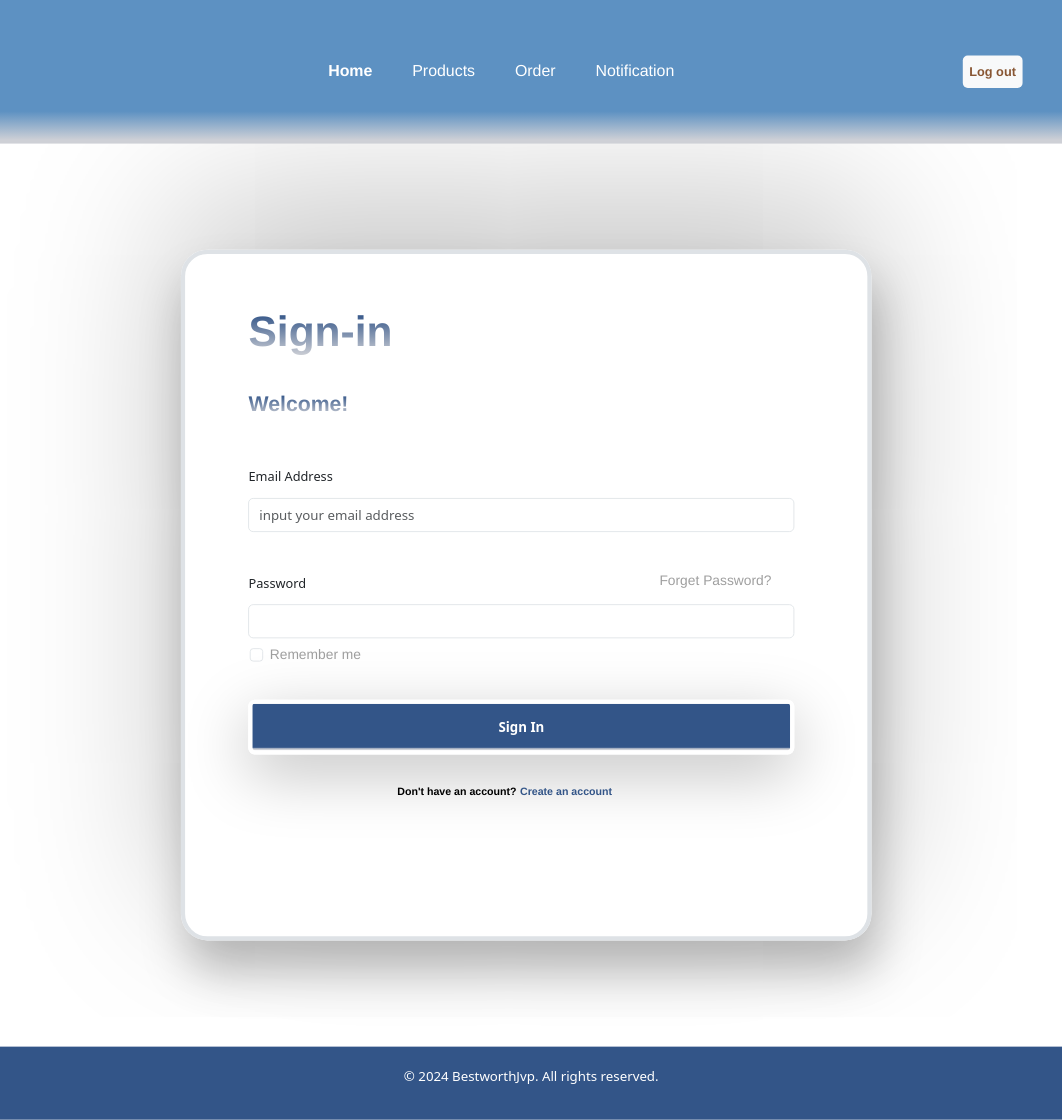
Repository: OVictor21/inventory
Page: /
An editor plug-in stored every save of this project. The page is shown before and after the next save, followed by the edit.
The browser window is 1280 px wide. The pictures show the whole page, at 83% of full size.
The project was rebuilt for these pictures with package versions that can differ from the ones it lists, and the page was loaded fresh each time.

Above is the page before, as saved 2024-12-14 10:38:54.

After the next save:
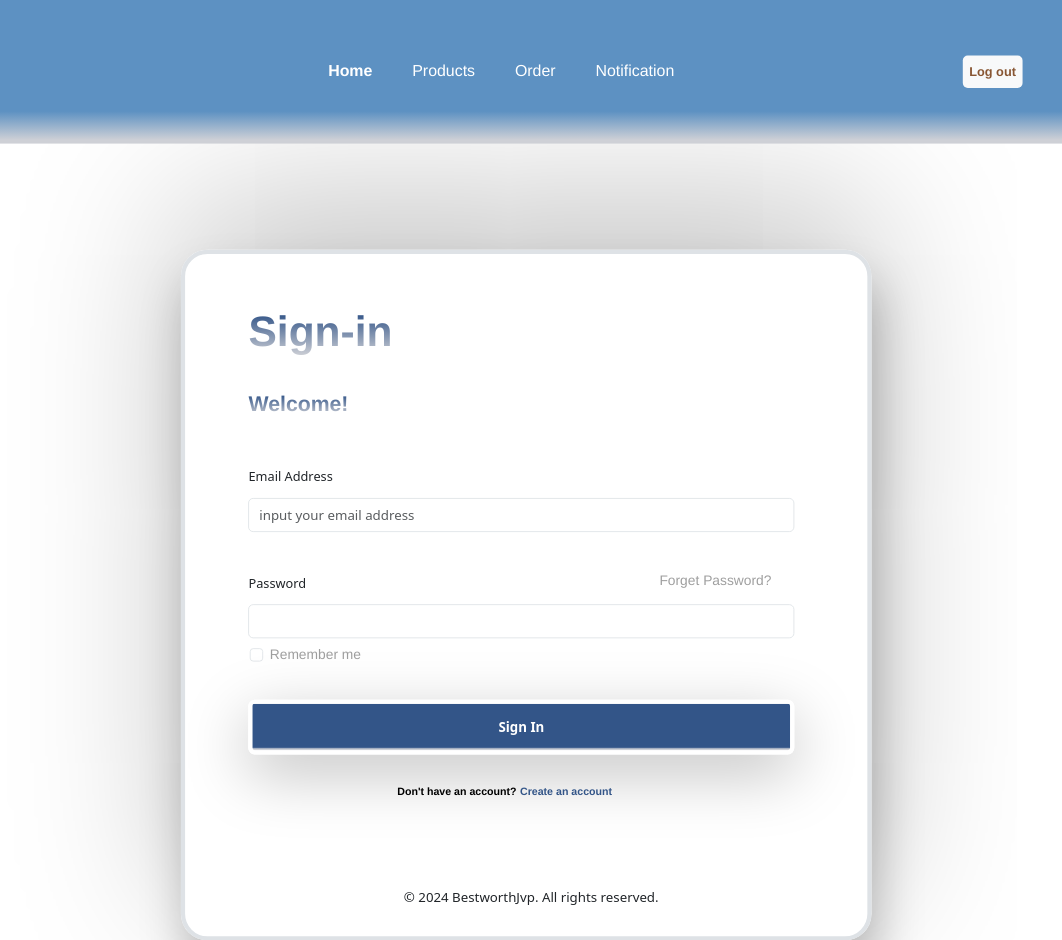
Saved 63 s later.
--- a/src/body.js
+++ b/src/body.js
@@ -32,7 +32,7 @@
 
     </form>
 
-    <footer className="footer-body text-white py-4 position-relative">
+    <footer className="d-flex align-items-center p-3 justify-content-start mt-5 ">
       <div className="container">
           <div className="text-center">
             <p>&copy; 2024 BestworthJvp. All rights reserved.</p>

After the 2 saves that followed:
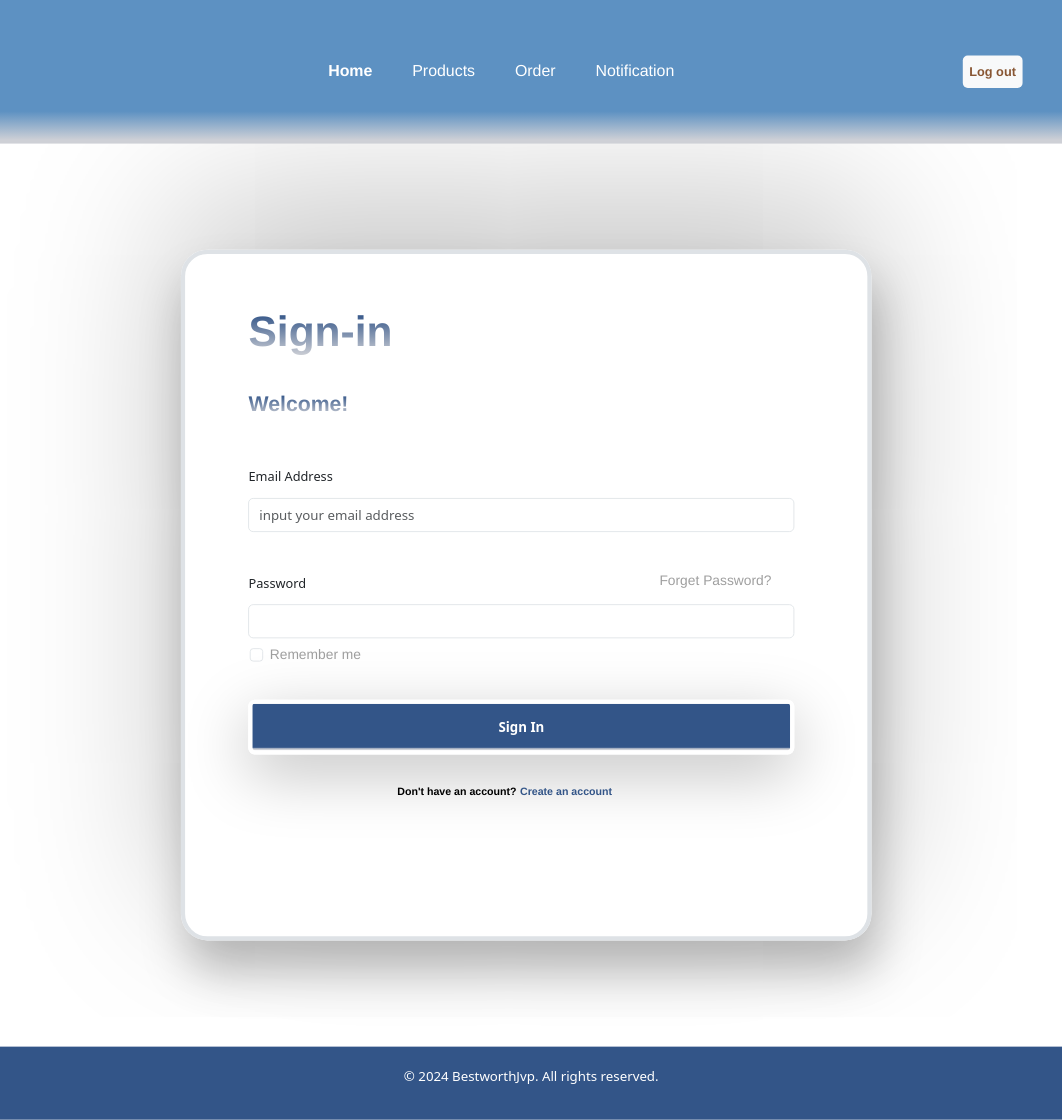
The 2 saves are shown as one change because they came seconds apart.
The last was saved 27 s later.
--- a/src/body.js
+++ b/src/body.js
@@ -32,7 +32,7 @@
 
     </form>
 
-    <footer className="d-flex align-items-center p-3 justify-content-start mt-5 ">
+    <footer className="footer-body text-white py-4 position-relative">
       <div className="container">
           <div className="text-center">
             <p>&copy; 2024 BestworthJvp. All rights reserved.</p>
